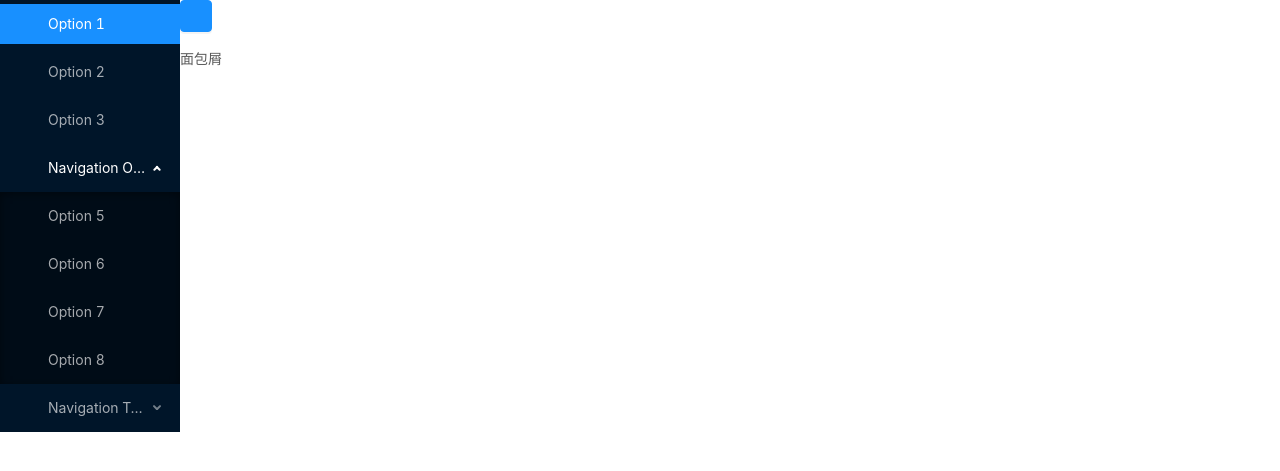
Repository: Ysleave/mall-app
Page: /
An editor plug-in stored every save of this project. The page is shown before and after the next save, followed by the edit.
The browser window is 1280 px wide. The pictures show the whole page.
The project was rebuilt for these pictures with package versions that can differ from the ones it lists, and the page was loaded fresh each time.

Above is the page before, as saved 2021-01-15 17:17:16.

After the next save:
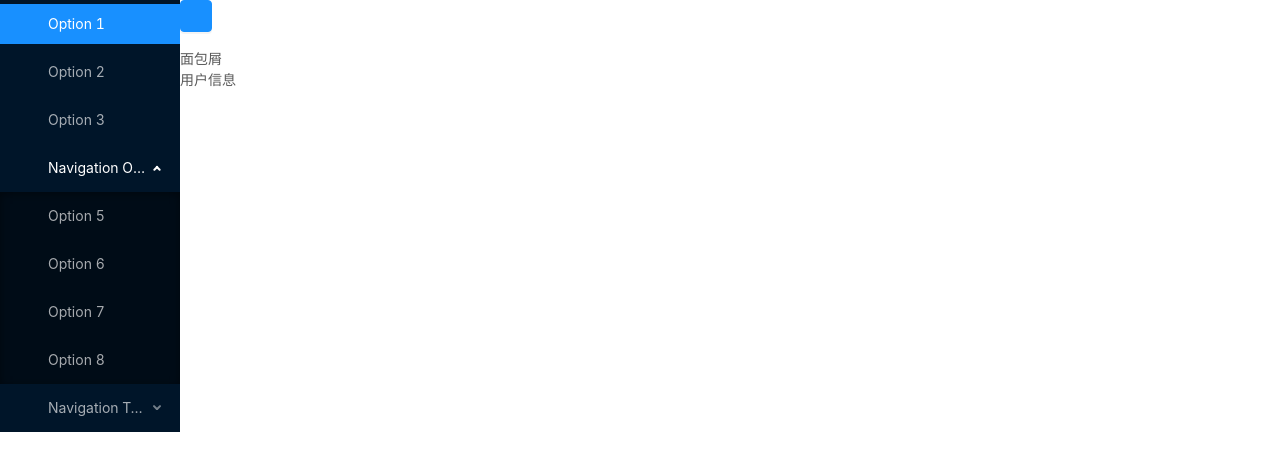
Saved 21 s later.
--- a/src/views/mainContent.vue
+++ b/src/views/mainContent.vue
@@ -12,7 +12,9 @@
       <div class="breadcrumb">
         面包屑
       </div>
-      <div></div>
+      <div class="userInfo">
+        用户信息
+      </div>
     </div>
   </div>
 </template>
